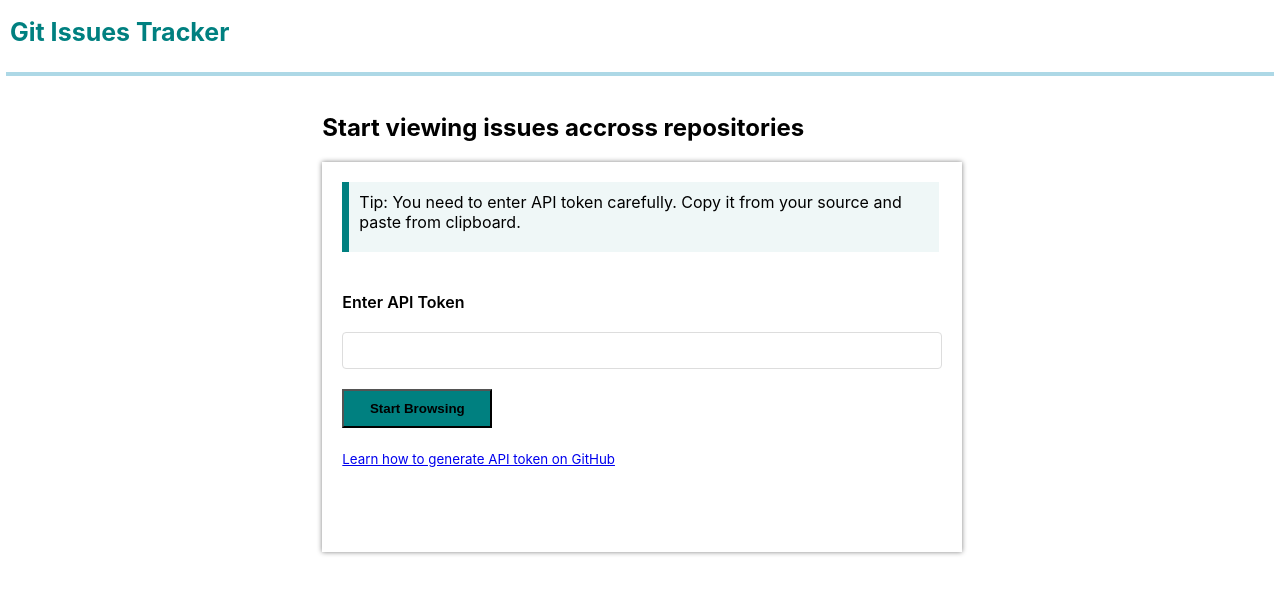
Repository: duzzisantos/github-repos-react-graphql
Page: /
An editor plug-in stored every save of this project. The page is shown before and after the next save, followed by the edit.
The browser window is 1280 px wide. The page is 1285 px wide, so the pictures cover 1285 px, including what lies to the right of the window. The pictures show the whole page.
The project was rebuilt for these pictures with package versions that can differ from the ones it lists, and the page was loaded fresh each time. Also part of the build but not shown: src/App.css, src/components/table/Filters.tsx, src/components/table/Pagination.tsx, src/components/table/TableComponent.tsx, src/components/table/columnHelpers.ts, src/utilities/funtions.ts, src/pages/Repositories.tsx, src/components/cards/Cards.tsx and 1 more.

Above is the page before, as saved 2024-06-17 17:51:53.

### src/index.tsx
import React from "react";
import ReactDOM from "react-dom/client";
import "./index.css";
import App from "./App";
import reportWebVitals from "./reportWebVitals";
import { BrowserRouter } from "react-router-dom";
import { ApolloProvider } from "@apollo/client";
import client from "./api/apolloClient";

const root = ReactDOM.createRoot(
  document.getElementById("root") as HTMLElement
);
root.render(
  <React.StrictMode>
    <BrowserRouter>
      <ApolloProvider client={client}>
        <App />
      </ApolloProvider>
    </BrowserRouter>
  </React.StrictMode>
);

// If you want to start measuring performance in your app, pass a function
// to log results (for example: reportWebVitals(console.log))
// or send to an analytics endpoint. Learn more: https://bit.ly/CRA-vitals
reportWebVitals();

### src/App.tsx
import React from "react";
import "./App.scss";
import "./App.css";
import { Routes, Route } from "react-router-dom";
import StartPage from "./pages/StartPage";
import Repositories from "./pages/Repositories";
import ViewRepository from "./pages/ViewRepository";

function App() {
  return (
    <div className="App">
      <h1>Git Issues Tracker</h1>
      <hr />

      <Routes>
        <Route path="/" element={<StartPage />} />
        <Route path="/start" element={<StartPage />} />
        <Route path="/repositories" element={<Repositories />} />
        <Route path="/owner/repositoryName" element={<ViewRepository />} />
      </Routes>
    </div>
  );
}

export default App;

### src/api/apolloClient.ts
import { ApolloClient, InMemoryCache, createHttpLink } from "@apollo/client";
import { setContext } from "@apollo/client/link/context";

const http = createHttpLink({
  uri: "https://api.github.com/graphql",
});

const auth = setContext((_, { headers }) => {
  const apiToken = localStorage.getItem("authToken");

  return {
    headers: {
      ...headers,
      authorization: `Bearer ${apiToken}`,
    },
  };
});

const client = new ApolloClient({
  link: auth.concat(http),
  cache: new InMemoryCache(),
});

export default client;

### src/App.scss
.App {
  display: flex;
  flex-direction: column;
}

.container {
  width: 98.8%;
  padding: 10px 10px;
  display: flex;
  justify-content: center;
  bottom: 0;
  margin-left: auto;
}

h1 {
  font-size: 25px;
  padding: 0 10px;
  color: teal;
}

hr {
  border: 2px solid lightblue;
  width: 98.8%;
}

form {
  width: 600px;
  height: 350px;

  box-shadow: 0px 0px 5px gray;
  padding: 20px 20px;
}

.form-group {
  display: flex;
  flex-direction: column;
}

.user-tip {
  height: 50px;
  width: 95%;
  padding: 10px 10px;
  margin-bottom: 40px;
  border-left: 7px solid teal;
  background-color: rgb(239, 247, 247);
}

label {
  margin-bottom: 20px;
  font-weight: 600;
}

input {
  @extend label;
  padding: 10px;
  border: 1px solid rgb(221, 221, 221);
  border-radius: 4px;
}

.primary-btn {
  @extend label;
  width: 25%;
  padding: 10px;
  background-color: teal;
}

### src/pages/StartPage.tsx
import React from "react";
import Container from "src/components/Container";
import Form from "src/components/Form";

const StartPage = () => {
  return (
    <Container
      pageSubTitle="Start viewing issues accross repositories"
      children={<Form />}
    />
  );
};

export default StartPage;

### src/components/Container.tsx
import React from "react";

interface ContainerProps {
  pageSubTitle: string;
  repositoryOwner?: string;
  children: any;
}

const Container = ({
  pageSubTitle,
  children,
  repositoryOwner,
}: ContainerProps) => {
  return (
    <main className="container">
      <section>
        <h2>{pageSubTitle}</h2>
        <h3>{repositoryOwner}</h3>
        {children}
      </section>
    </main>
  );
};

export default Container;

### src/components/Form.tsx
import React, { useState } from "react";
import { useNavigate } from "react-router-dom";
import { useLazyQuery } from "@apollo/client";
import { GET_ALL_REPOSITORIES } from "src/api/queryhelper";
//We need to specify the types of data we would be utilizing as state

const Form = () => {
  const [apiToken, setApiToken] = useState("");
  const [apiPayLoad, setApiPayload] = useState([]);
  const [getRepositories, { loading, error, data }] =
    useLazyQuery(GET_ALL_REPOSITORIES);

  const navigate = useNavigate();

  const handleChange = (e: any) => {
    setApiToken(e.target.value);
  };

  const handleSubmit = () => {
    localStorage.setItem("authToken", apiToken);

    //We make the GraphQL API call here
    getRepositories()
      .then((res: any) => {
        console.log(res.data);
        setApiPayload(res.data.viewer.repositories.nodes);
      })
      .catch((err) => {
        console.warn(err?.message);
      });
  };

  if (data) {
    navigate("/repositories", {
      state: {
        //this is the result we want to consume as we navigate to the /repositories route
        data: data.viewer.repositories.nodes,
        error: error,
        loading: loading,
        apiPayLoad,
      },
    });
  }

  return (
    <form>
      <div className="user-tip">
        Tip: You need to enter API token carefully. Copy it from your source and
        paste from clipboard.
      </div>

      <div className="form-group">
        <label htmlFor="apiToken">Enter API Token</label>
        <input
          type="text"
          name="apiToken"
          id="apiToken"
          value={apiToken}
          onChange={handleChange}
        />
        <button className="primary-btn" type="button" onClick={handleSubmit}>
          Start Browsing
        </button>

        <strong>{error && error.message}</strong>
      </div>
      <small className="form-text" id="info">
        <a
          title="Read short documentation"
          href="https://docs.github.com/en/authentication/keeping-your-account-and-data-secure/managing-your-personal-access-tokens"
        >
          Learn how to generate API token on GitHub
        </a>
      </small>
    </form>
  );
};

export default Form;

### src/api/queryhelper.ts
import { gql } from "@apollo/client";

const GET_ALL_REPOSITORIES = gql`
  query {
    viewer {
      repositories(first: 50) {
        nodes {
          id
          name
          owner {
            login
          }
          visibility
          stargazerCount
          forkCount
          url
          issues {
            totalCount
          }
          licenseInfo {
            name
          }
          updatedAt
          createdAt
        }
      }
    }
  }
`;

const GET_REPOSITORY_BY_NAME = gql`
  query ($name: NAME!) {
    node(name: $name) {
      ... on Repository {
        id
        name
        owner {
          login
        }
        visibility
        stargazerCount
        forkCount
        url
        issues {
          totalCount
        }
        licenseInfo {
          name
        }
        updatedAt
        createdAt
      }
    }
  }
`;

export { GET_ALL_REPOSITORIES, GET_REPOSITORY_BY_NAME };

Loaded but not shown: public/index.html (common file); src/index.css (common file); src/reportWebVitals.ts (common file)

After the next save:
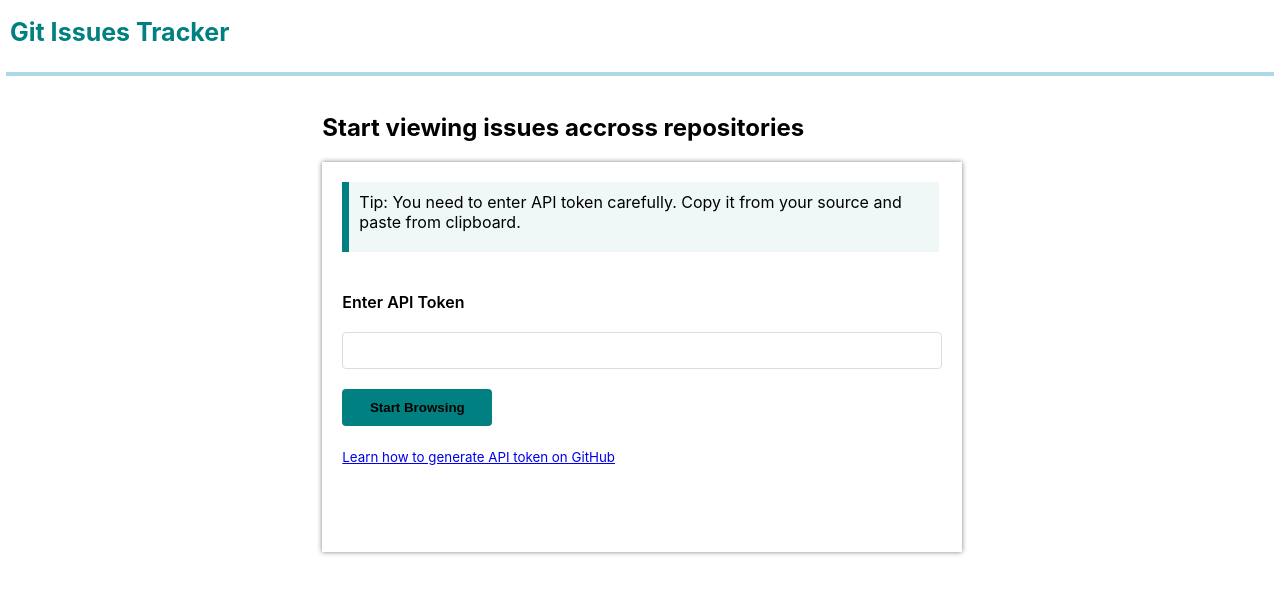
Saved 22 s later.
--- a/src/App.scss
+++ b/src/App.scss
@@ -62,4 +62,6 @@ input {
   width: 25%;
   padding: 10px;
   background-color: teal;
+  border: 1px solid transparent;
+  border-radius: 4px;
 }
